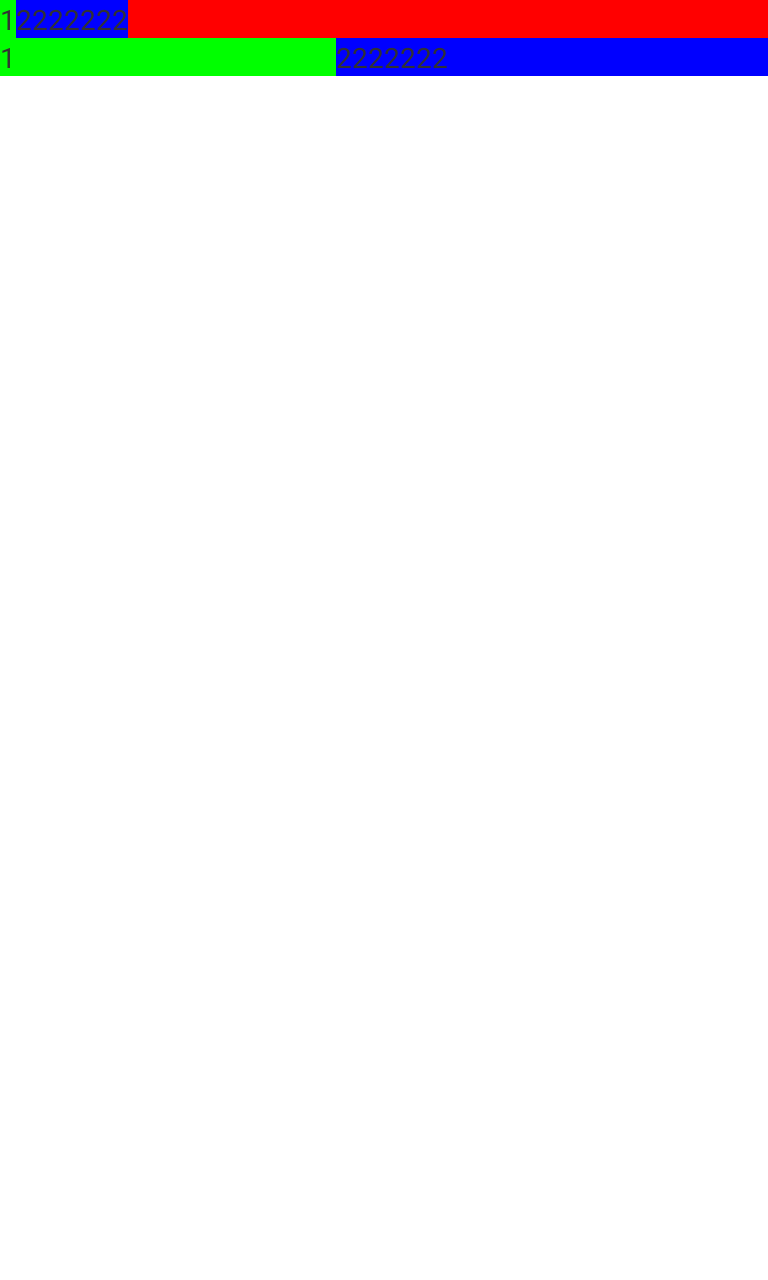
Repository: KungW/windows_learn_java_track
Layout: S01E12weight/res/layout/activity_main.xml
These files come from the project's save history. The layout is drawn as it stood at one moment and after a run of saves; the edit follows.
It is drawn on a 768 x 1280 px phone screen (xhdpi) without system bars, with theme AppTheme; the app's code is not run.

Above is the layout before, as saved 2016-10-11 03:25:22.

### S01E12weight/res/layout/activity_main.xml
<LinearLayout xmlns:android="http://schemas.android.com/apk/res/android"
    xmlns:tools="http://schemas.android.com/tools"
    android:layout_width="match_parent"
    android:layout_height="match_parent"
    android:orientation="vertical"
    tools:context=".MainActivity" >

    <LinearLayout
        android:layout_width="match_parent"
        android:layout_height="wrap_content"
        android:background="#ff0000">
        <TextView
            android:layout_width="wrap_content"
            android:layout_height="wrap_content"
            android:background="#00ff00"
            android:text="1"/>
            <TextView
            android:layout_width="wrap_content"
            android:layout_height="wrap_content"
            android:background="#0000ff"
            android:text="2222222"/>
    </LinearLayout>
    <LinearLayout
        android:layout_width="match_parent"
        android:layout_height="wrap_content"
        android:background="#ff0000">
        <TextView
            android:layout_width="wrap_content"
            android:layout_height="wrap_content"
            android:background="#00ff00"
            android:layout_weight="1"
            android:text="1"/>
            <TextView
            android:layout_width="wrap_content"
            android:layout_height="wrap_content"
            android:background="#0000ff"
            android:layout_weight="1"
            android:text="2222222"/>
    </LinearLayout>

</LinearLayout>

Loaded but not shown: S01E12weight/res/values/styles.xml (common file); S01E12weight/res/values-v11/styles.xml (common file); S01E12weight/res/values-v14/styles.xml (common file)

After the next 3 saves:
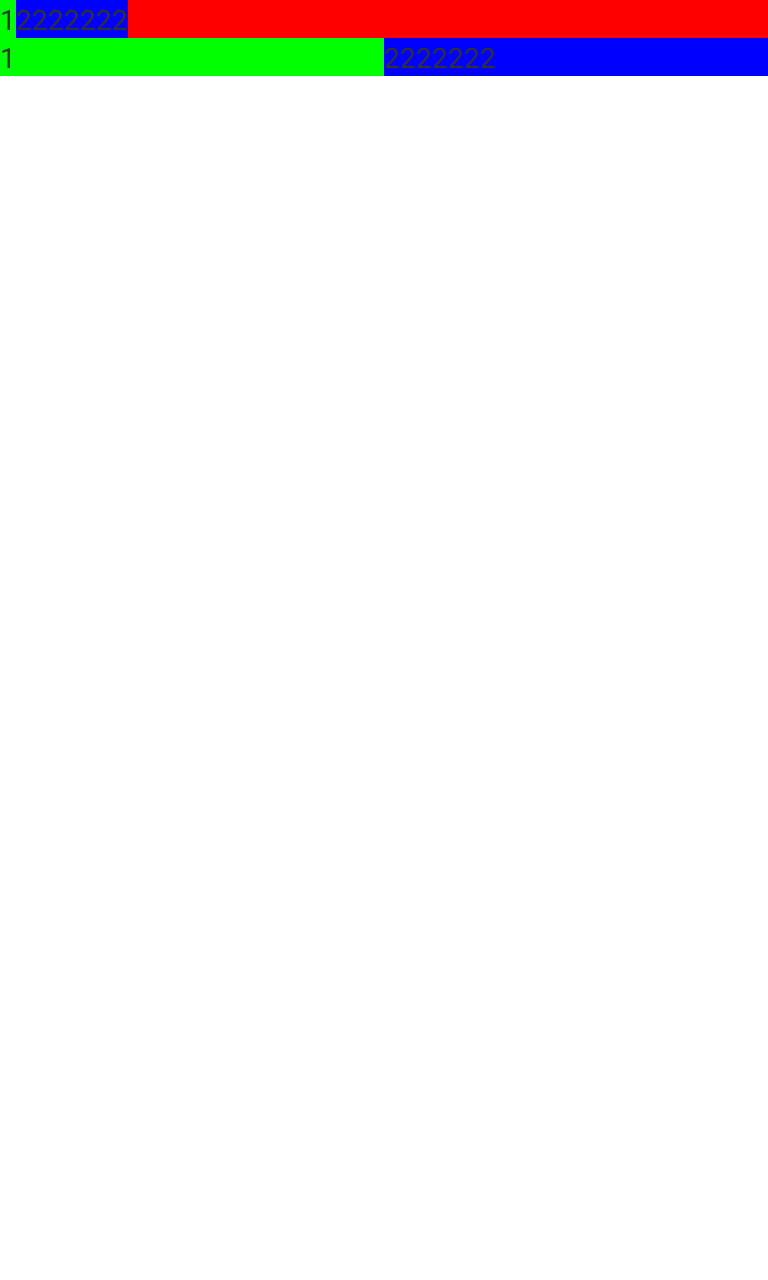
The 3 saves are shown as one change because 2 did not build or start.
The last was saved 4 min 18 s later.
--- a/S01E12weight/res/layout/activity_main.xml
+++ b/S01E12weight/res/layout/activity_main.xml
@@ -24,14 +24,17 @@
         android:layout_width="match_parent"
         android:layout_height="wrap_content"
         android:background="#ff0000">
+
+         <!-- android:layout_width="wrap_content" -->
         <TextView
-            android:layout_width="wrap_content"
+            android:layout_width="0dp"
             android:layout_height="wrap_content"
             android:background="#00ff00"
             android:layout_weight="1"
             android:text="1"/>
+            <!-- android:layout_width="wrap_content" zheli分剩余，下面分全部-->
             <TextView
-            android:layout_width="wrap_content"
+            android:layout_width="0dp"
             android:layout_height="wrap_content"
             android:background="#0000ff"
             android:layout_weight="1"
